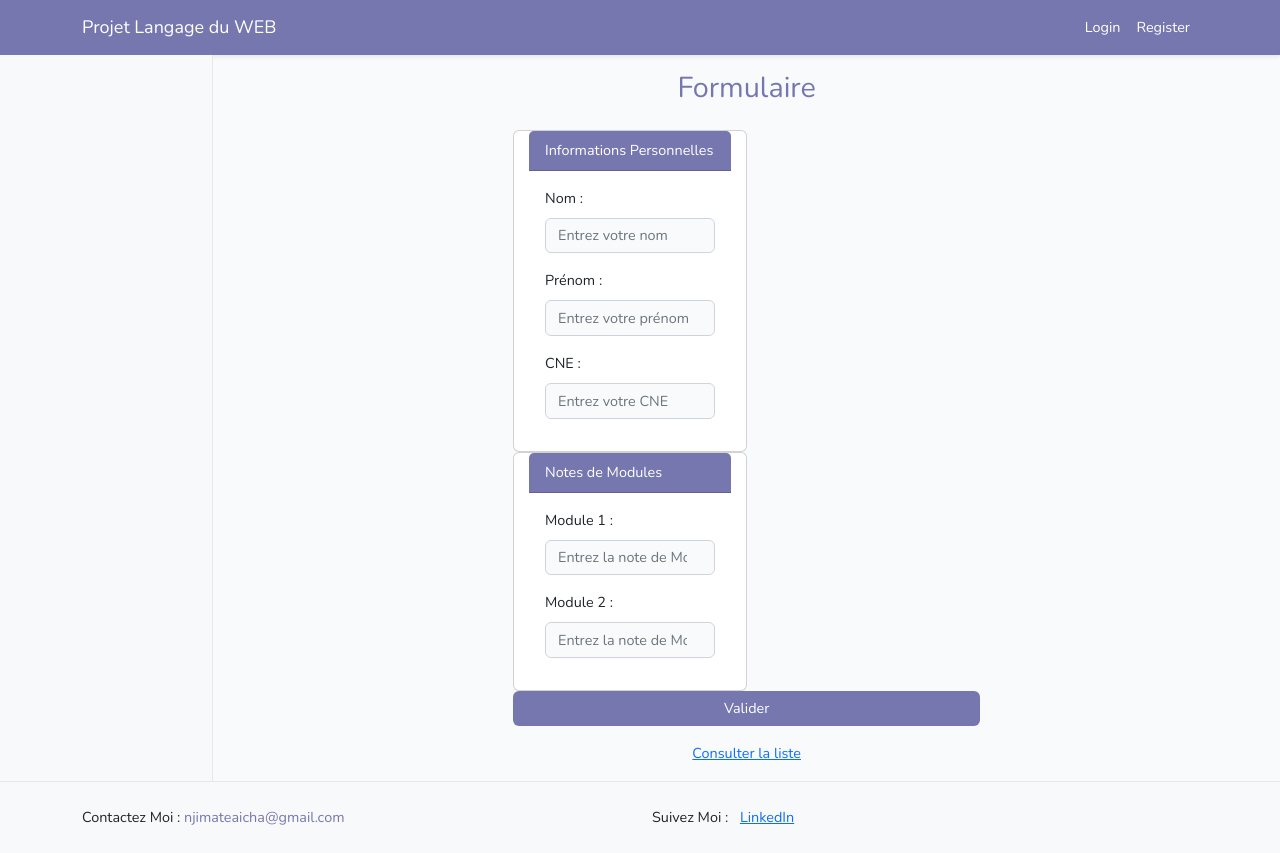
Repository: NjimateAicha/LaravelWeb
Page: http://localhost/etudiant/create
The author's editor kept a copy of each file at every save. The page is drawn from the files as they stood at one save, then again after a run of saves.
The browser window is 1280 px wide. The pictures show the whole page.
Some web libraries are served in a nearby version. The page is served by the project's Laravel application, run on PHP 8.4 with Laravel 9. Other server files are loaded and not shown. Style sheets and scripts are compiled from the project's sources, by tool versions that may differ from the author's.

Above is the page before, as saved 2024-05-19 18:00:59.

### routes/web.php
<?php

use App\Http\Controllers\AproposDeMoiController;
use App\Http\Controllers\ChartsController;
use App\Http\Controllers\EtudiantController;
use App\Http\Controllers\formulairesController;
use App\Http\Controllers\ImageController;
use App\Http\Controllers\JsController;
use App\Http\Controllers\MapController;
use App\Http\Controllers\MatriceController;
use App\Http\Controllers\PhpController;
use App\Http\Controllers\ProjetController;
use App\Http\Controllers\QuizController;
use Illuminate\Support\Facades\Auth;
use Illuminate\Support\Facades\Route;

/*
|--------------------------------------------------------------------------
| Web Routes
|--------------------------------------------------------------------------
|
| Here is where you can register web routes for your application. These
| routes are loaded by the RouteServiceProvider within a group which
| contains the "web" middleware group. Now create something great!
|
*/

Route::get('/', function () {
    return view('auth.login');
});


Auth::routes();

Route::get('/home', [App\Http\Controllers\HomeController::class, 'index'])->name('home');

Route::get('/projets', [ProjetController::class, 'index'])->name('projets.index');
Route::get('/aproposDeMoi', [AproposDeMoiController::class, 'index'])->name('aProposDeMoi.index');


/* CRUD Student */
Route::resource('/etudiant' ,EtudiantController::class );
/* CRUD image */
Route::resource('/image' ,ImageController::class );
/* CRUD Maps */
Route::resource('/map' ,MapController::class );
/* CRUD Charts */
Route::resource('/charts' ,ChartsController::class );
/* Matrice */
Route::resource('/matrice' ,MatriceController::class );
/* quiz */
Route::resource('/Quiz' ,QuizController::class );
Route::get('/quiz/javascript', [QuizController::class, 'javascriptQuiz'])->name('quiz.javascript');
Route::post('/quiz/calculateJS', [QuizController::class, 'calculateScoreJS'])->name('quiz.calculateJS');
Route::get('/quiz/php', [QuizController::class, 'phpQuiz'])->name('quiz.php');
Route::post('/quiz/calculatePHP', [QuizController::class, 'calculateScorePHP'])->name('quiz.calculatePHP');

### app/Http/Controllers/EtudiantController.php
<?php

namespace App\Http\Controllers;

use App\Models\Etudiant;
use Illuminate\Http\Request;

class EtudiantController extends Controller
{
    /**
     * Display a listing of the resource.
     *
     * @return \Illuminate\Http\Response
     */
    public function index()
    {
        $etudiants = Etudiant::all();
        return view('etudiant.index', ['etudiants' => $etudiants]);
    }

    /**
     * Show the form for creating a new resource.
     *
     * @return \Illuminate\Http\Response
     */
    public function create()
    {
        return view('etudiant.create');
    }

    /**
     * Store a newly created resource in storage.
     *
     * @param  \Illuminate\Http\Request  $request
     * @return \Illuminate\Http\Response
     */
    public function store(Request $request)
    {
        // Validation des données soumises
        $validatedData = $request->validate([
            'nom' => 'required|string|max:255|alpha',
            'prenom' => 'required|string|max:255|alpha',
            'cne' => 'required|string|unique:etudiants,cne|regex:/^[A-Z][0-9]{6}$/',
            'module1' => 'required|numeric|between:0,20',
            'module2' => 'required|numeric|between:0,20',
        ]);

        $latitude = mt_rand(27, 35); // Plage approximative des latitudes du Maroc
        $langitude = mt_rand(-13, -2); // Plage approximative des longitudes du Maroc
        // Création d'un nouvel étudiant avec les données validées
      $etudiant = Etudiant::create([
        'nom' => $validatedData['nom'],
        'prenom' => $validatedData['prenom'],
        'cne' => $validatedData['cne'],
        'note1' => $validatedData['module1'],
        'note2' => $validatedData['module2'],
        'langitude' => $langitude,
        'latitude' => $latitude,
    ]);

        // Redirection avec un message de succès
        return redirect()->route('etudiant.index')->with('success', 'Étudiant enregistré avec succès.');
    }


    /**
     * Display the specified resource.
     *
     * @param  \App\Models\Etudiant  $etudiant
     * @return \Illuminate\Http\Response
     */
    public function show(Etudiant $etudiant)
    {
        //
    }

    /**
     * Show the form for editing the specified resource.
     *
     * @param  \App\Models\Etudiant  $etudiant
     * @return \Illuminate\Http\Response
     */
    public function edit(Etudiant $etudiant)
    {
        return view('etudiant.edit', compact('etudiant'));
    }


    /**
     * Update the specified resource in storage.
     *
     * @param  \Illuminate\Http\Request  $request
     * @param  \App\Models\Etudiant  $etudiant
     * @return \Illuminate\Http\Response
     */
    public function update(Request $request, Etudiant $etudiant)
    {
        // Validation des données reçues du formulaire
        $validatedData = $request->validate([
            'nom' => 'required|string|max:255',
            'prenom' => 'required|string|max:255',
            'cne' => 'required|string|max:255',
            'note1' => 'required|numeric',
            'note2' => 'required|numeric',
        ]);

        // Mise à jour des informations de l'étudiant avec les données validées
        $etudiant->update($validatedData);

        // Redirection vers la page de la liste des étudiants avec un message de succès
        return redirect()->route('etudiant.index')->with('success', 'Étudiant mis à jour avec succès.');
    }



    /**
     * Remove the specified resource from storage.
     *
     * @param  \App\Models\Etudiant  $etudiant
     * @return \Illuminate\Http\Response
     */
    public function destroy(Etudiant $etudiant)
    {
        // Suppression de l'étudiant
        $etudiant->delete();

        // Redirection vers la liste des étudiants avec un message de succès
        return redirect()->route('etudiant.index')->with('success', 'Étudiant supprimé avec succès.');
    }
}

### resources/views/etudiant/create.blade.php
@extends('layouts.app')
@section('content')

<style>

    h2{
        color: #7777af;
    }
    .card-header{
        color: #fff;
        background-color: #7777af;

    }
    .custom-btn {
        color: #fff;
        background-color: #7777af;
        border: none;
    }

    .custom-btn:hover {
        background-color: #555577;
    }
    .card-title{
        color: #7777af;
    }
</style>

    <div class="container mt-3">
        @if ($errors->any())
            <div class="alert alert-danger">
                <ul>
                    @foreach ($errors->all() as $error)
                        <li>{{ $error }}</li>
                    @endforeach
                </ul>
            </div>
        @endif

        <h2 class="text-center mb-4">Formulaire</h2>
        <div class="col-md-6 mx-auto">
            <form action="{{ route('etudiant.store') }}" method="POST">
                @csrf
                <!-- Informations personnelles -->
                <div class="card col-md-6 ">
                    <div class="card-header">Informations Personnelles</div>
                    <div class="card-body">
                        <div class="form-group">
                            <label for="nom">Nom :</label>
                            <input type="text" class="form-control" id="nom" name="nom"
                                placeholder="Entrez votre nom" required>
                        </div>
                        <div class="form-group">
                            <label for="prenom">Prénom :</label>
                            <input type="text" class="form-control" id="prenom" name="prenom"
                                placeholder="Entrez votre prénom" required>
                        </div>
                        <div class="form-group">
                            <label for="cne">CNE :</label>
                            <input type="text" class="form-control" id="cne" name="cne"
                                placeholder="Entrez votre CNE" required>
                        </div>
                    </div>
                </div>
                <!-- Notes de modules -->
                {{-- <div class="card mb-3"> --}}
                    <div class="card col-md-6 ">
                    <div class="card-header">Notes de Modules</div>
                    <div class="card-body">
                        <div class="form-group">
                            <label for="module1">Module 1 :</label>
                            <input type="number" class="form-control" id="module1" name="module1"
                                placeholder="Entrez la note de Module 1" required>
                        </div>
                        <div class="form-group">
                            <label for="module2">Module 2 :</label>
                            <input type="number" class="form-control" id="module2" name="module2"
                                placeholder="Entrez la note de Module 2" required>
                        </div>

                    </div>
                </div>
                <!-- Bouton Valider -->
                <button type="submit" class="btn custom-btn btn-block">Valider</button>
            </form>
            <!-- Lien pour consulter la liste -->
            <p class="text-center mt-3"><a href="{{ route('etudiant.index') }}">Consulter la liste</a></p>
        </div>
    </div>


@endsection

### resources/views/layouts/app.blade.php
<!doctype html>
<html lang="{{ str_replace('_', '-', app()->getLocale()) }}">

<head>
    <meta charset="utf-8">
    <meta name="viewport" content="width=device-width, initial-scale=1">

    <!-- CSRF Token -->
    <meta name="csrf-token" content="{{ csrf_token() }}">

    <title>{{ config('app.name', 'Aicha\'s Portfolio') }}</title>

    <!-- Fonts -->
    <link rel="dns-prefetch" href="//fonts.bunny.net">
    <link href="https://fonts.bunny.net/css?family=Nunito" rel="stylesheet">

    <!-- Styles -->
    <link rel="stylesheet" href="https://maxcdn.bootstrapcdn.com/bootstrap/4.5.2/css/bootstrap.min.css">
    <style>

        body {
            font-family: 'Nunito', sans-serif;
        }
        .navbar {
            background-color: #7777af;
        }
        .navbar-brand, .navbar-nav .nav-link {
            color: white !important;
        }
        .sidebar {
            background-color: #f8f9fa;
            border-right: 1px solid #e7e7e7;
        }
        .sidebar .nav-link {
            color: #7777af;
        }
        .sidebar .nav-link:hover {
            color: #7777af;
        }
        .font-weight-bold {
            font-weight: bold !important;
        }
        footer {
            background-color: #f8f9fa;
            border-top: 1px solid #e7e7e7;
            padding: 10px 0;
        }
        footer p {
            margin: 0;
        }
    </style>
    <!-- Scripts -->
    @vite(['resources/sass/app.scss', 'resources/js/app.js'])
</head>

<body>
    <div id="app">
        <nav class="navbar navbar-expand-md navbar-light shadow-sm">
            <div class="container">
                <a class="navbar-brand" href="{{ url('/') }}">
                    Projet Langage du WEB
                </a>
                <button class="navbar-toggler" type="button" data-toggle="collapse" data-target="#navbarSupportedContent" aria-controls="navbarSupportedContent" aria-expanded="false" aria-label="{{ __('Toggle navigation') }}">
                    <span class="navbar-toggler-icon"></span>
                </button>

                <div class="collapse navbar-collapse" id="navbarSupportedContent">
                    <!-- Left Side Of Navbar -->
                    <ul class="navbar-nav me-auto"></ul>

                    <!-- Right Side Of Navbar -->
                    <ul class="navbar-nav ms-auto">
                        <!-- Authentication Links -->
                        @guest
                            @if (Route::has('login'))
                                <li class="nav-item">
                                    <a class="nav-link" href="{{ route('login') }}">{{ __('Login') }}</a>
                                </li>
                            @endif

                            @if (Route::has('register'))
                                <li class="nav-item">
                                    <a class="nav-link" href="{{ route('register') }}">{{ __('Register') }}</a>
                                </li>
                            @endif
                        @else
                            <li class="nav-item dropdown">
                                <a id="navbarDropdown" class="nav-link dropdown-toggle" href="#" role="button" data-toggle="dropdown" aria-haspopup="true" aria-expanded="false" v-pre>
                                    {{ Auth::user()->name }}
                                </a>

                                <div class="dropdown-menu dropdown-menu-right" aria-labelledby="navbarDropdown">
                                    <a class="dropdown-item" href="{{ route('logout') }}"
                                       onclick="event.preventDefault();
                                                     document.getElementById('logout-form').submit();">
                                        {{ __('Logout') }}
                                    </a>

                                    <form id="logout-form" action="{{ route('logout') }}" method="POST" class="d-none">
                                        @csrf
                                    </form>
                                </div>
                            </li>
                        @endguest
                    </ul>
                </div>
            </div>
        </nav>

        <div class="container-fluid">
            <div class="row">
                <nav class="col-md-2 d-none d-md-block sidebar">
                    <div class="position-sticky pt-3" style="height: 400px">
                        <ul class="nav flex-column">
                            @auth
                                <li class="nav-item">
                                    <a class="nav-link active font-weight-bold" aria-current="page" href="{{ route('aProposDeMoi.index') }}">À propos de moi</a>
                                </li>
                                <li class="nav-item">
                                    <a class="nav-link font-weight-bold" href="{{ route('projets.index') }}">Mes Projets</a>
                                </li>
                            @endauth
                        </ul>
                    </div>
                </nav>
                <main class="col-md-9 ms-sm-auto col-lg-10 px-md-4">
                    @yield('content')
                </main>
            </div>
        </div>

        <footer class="bg-light py-4">
            <div class="container">
                <div class="row justify-content-between">
                    <div class="col-md-6">
                        <p class="d-inline">Contactez Moi : <span style="color: #7777af;">njimateaicha@gmail.com</span></p>
                    </div>
                    <div class="col-md-6">
                        <p class="d-inline-block me-2 mb-0">Suivez Moi :</p>
                        <a href="https://www.linkedin.com/" class="text-blue-500 hover:text-7777af-700 d-inline-block" target="_blank">LinkedIn</a>
                    </div>
                </div>
            </div>
        </footer>
    </div>

    <!-- Bootstrap JS and dependencies -->
    <script src="https://code.jquery.com/jquery-3.5.1.slim.min.js"></script>
    <script src="https://cdn.jsdelivr.net/npm/@popperjs/core@2.5.4/dist/umd/popper.min.js"></script>
    <script src="https://maxcdn.bootstrapcdn.com/bootstrap/4.5.2/js/bootstrap.min.js"></script>
</body>

</html>

Loaded but not shown: app/Http/Controllers/Auth/ConfirmPasswordController.php (common file); app/Http/Controllers/Controller.php (common file); resources/sass/app.scss (common file); resources/sass/_variables.scss (common file)

After the next 3 saves:
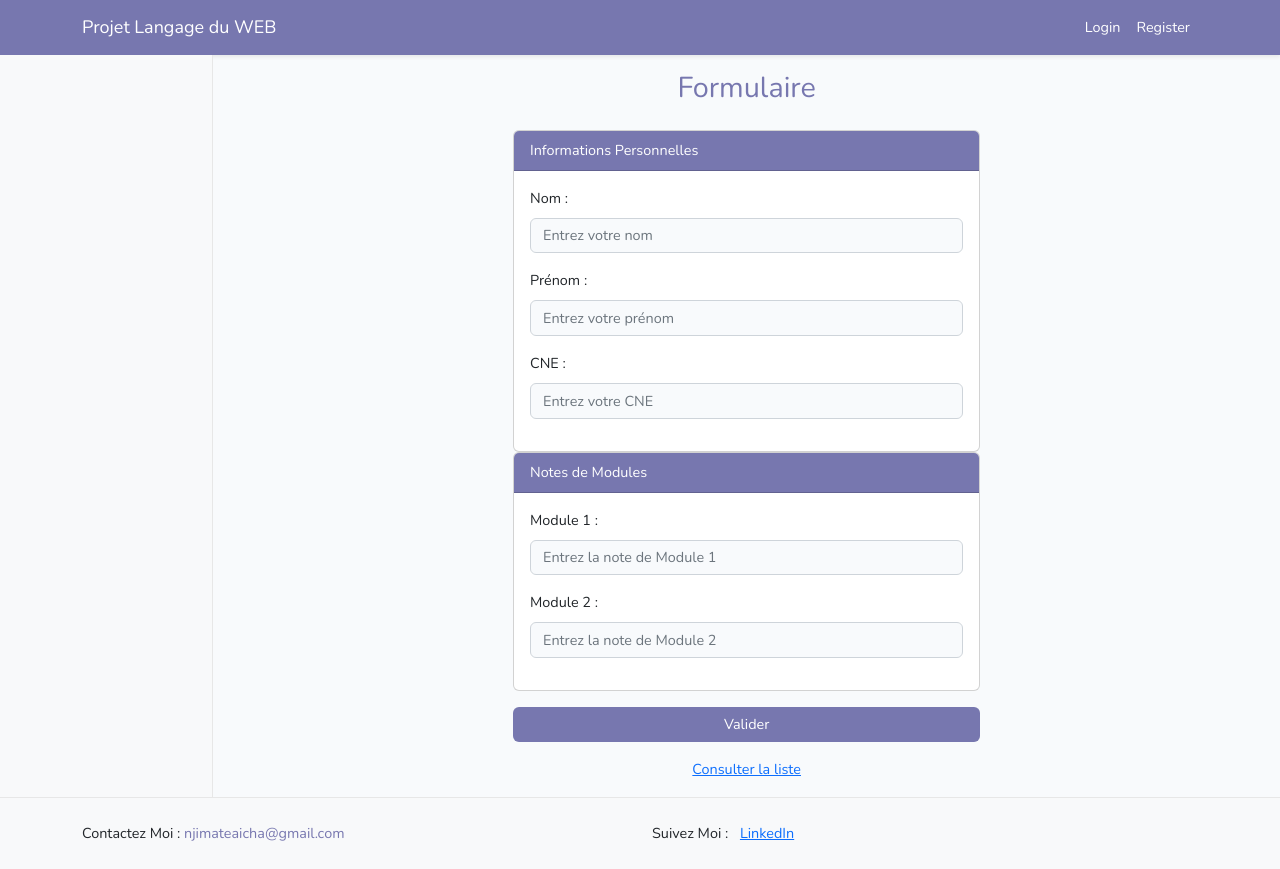
The 3 saves are shown as one change because they came seconds apart.
The last was saved 14 s later.
--- a/resources/views/etudiant/create.blade.php
+++ b/resources/views/etudiant/create.blade.php
@@ -41,7 +41,7 @@
             <form action="{{ route('etudiant.store') }}" method="POST">
                 @csrf
                 <!-- Informations personnelles -->
-                <div class="card col-md-6 ">
+                <div class="card mb-6">
                     <div class="card-header">Informations Personnelles</div>
                     <div class="card-body">
                         <div class="form-group">
@@ -62,8 +62,7 @@
                     </div>
                 </div>
                 <!-- Notes de modules -->
-                {{-- <div class="card mb-3"> --}}
-                    <div class="card col-md-6 ">
+                <div class="card mb-3">
                     <div class="card-header">Notes de Modules</div>
                     <div class="card-body">
                         <div class="form-group">
